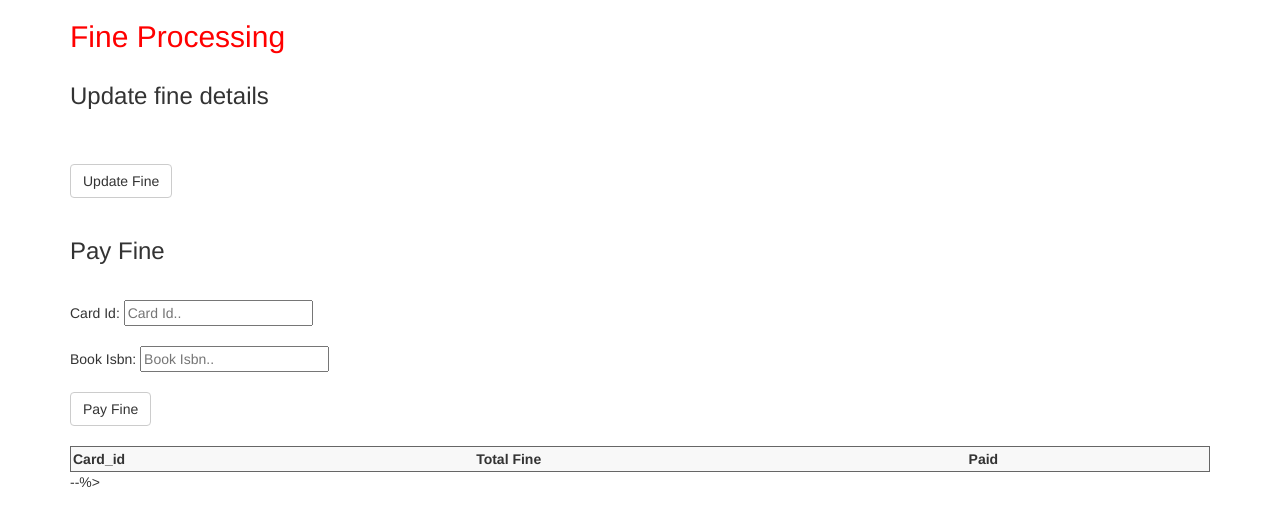
Repository: ApurvaMithal/LibraryManagementSystem
Page: http://localhost/LibraryManagementSystem/Fines.jsp
The author's editor kept a copy of each file at every save. The page is drawn from the files as they stood at one save, then again after the next save.
The browser window is 1280 px wide. The pictures show the whole page.
Some web fonts or font styles are not loaded; a fallback is used. The page is served by Tomcat 9. Nobody is signed in. The application's start-up code is not run. Other server files are loaded and not shown.

Above is the page before, as saved 2018-02-28 08:18:52.

### eclipse/LibraryManagementSystem/WebContent/Fines.jsp
<%@ page language="java" contentType="text/html; charset=ISO-8859-1"
	pageEncoding="ISO-8859-1"%>
    <!DOCTYPE html PUBLIC "-//W3C//DTD HTML 4.01 Transitional//EN" "http://www.w3.org/TR/html4/loose.dtd">
    <html>

    <head>
        <title>Fine Processing</title>
        <link rel="stylesheet" href="css/bootstrap.min.css">
        <link rel="stylesheet" href="https://cdnjs.cloudflare.com/ajax/libs/font-awesome/4.7.0/css/font-awesome.min.css">
        <link href='http://fonts.googleapis.com/css?family=Oxygen' rel='stylesheet' type='text/css'>
        <script src="js/jquery.min.js"></script>
        <script src="js/bootstrap.min.js"></script>

		<style>
            table {
                border: 1px solid #666;
                width: 100%;
            }

            th {
                background: #f8f8f8;
                font-weight: bold;
                padding: 2px;
            }
        </style>

        <script>
            jQuery(window).ready(function() {

                $("#fineUpdateBtn").click(function(event) {

                    jQuery.ajax({
                        url: "FineUpdateServlet",
                        type: "get",
                        dataType: "json",
                        data: {
                        },
                        success: function(data) {
                            // since we are using jQuery, you don't need to parse response

                            if(data[0].flag == 1){
                                alert("Successful update");
                            }

                          //  drawTable(data);
                        }
                    });

                });
                jQuery(window).ready(function() {

                    $("#finePaymentBtn").click(function(event) {

                        var cardID = $('#cardId').val();
                        var isbn = $('#isbn').val();
                        jQuery.ajax({
                            url: "FinePaymentServlet",
                            type: "get",
                            dataType: "json",
                            data: {
                                cardId: cardID,
                                isbn: isbn,

                            },
                            success: function(data) {
                                // since we are using jQuery, you don't need to parse response
                                if(data[0].flag == 1){
                                    alert("Successful Payment");

                                drawTable(data);
                               }
                                else
                                    alert("Cannot pay till book is not checked in");
                            }
                        });

                    });

                    function drawTable(data) {
                    	  $("#bookLoans").find("tr:not(:first)").remove();
                        for (var i = 0; i < data.length; i++) {
                            drawRow(data[i]);
                        }
                    }

                    function drawRow(rowData) {
                        var row = $("<tr />");
                        $("#bookLoans").append(row); //this will append tr element to table... keep its reference for a while since we will add cels into it
                        row.append($("<td>" + rowData.loan_id + "</td>"));
                        row.append($("<td>" + rowData.isbn + "</td>"));
                        row.append($("<td>" + rowData.card_id + "</td>"));
                        row.append($("<td>" + rowData.date_out + "</td>"));
                        row.append($("<td>" + rowData.due_date + "</td>"));

                    }
                });

            });
        </script>



    </head>

    <body>

        <div class="container">
            <h2>
                <font color="red">Fine Processing</font>
            </h2>
            <div class="fineUpdate">
                <label for="fineUpdate"><h3>Update fine details</h3></label></br></br>
             </div>
			</br>
            <button type="Submit" class="btn btn-default" id="fineUpdateBtn">Update Fine</button>
			</br></br>

			<div class="finePayment">
                <label for="finePayment"><h3>Pay Fine</h3></label></br></br>
                Card Id:    <input type="text" id="cardId" placeholder="Card Id.." name="cardId"></br></br>
                Book Isbn:  <input type="text" id="isbn" placeholder="Book Isbn.." name="bookIsbn"></br>

            </div>
			</br>
            <button type="Submit" class="btn btn-default" id="finePaymentBtn">Pay Fine</button>
			</br></br>

            <table id="fineDetails">
            <tr>
                <th>Card_id</th>
                <th>Total Fine</th>
                <th>Paid</th>
            </tr>

         </table>

		--%>
        </div>


    </body>

    </html>

Loaded but not shown: eclipse/LibraryManagementSystem/WebContent/css/bootstrap.min.css (library); eclipse/LibraryManagementSystem/WebContent/js/jquery.min.js (library); eclipse/LibraryManagementSystem/WebContent/js/bootstrap.min.js (library)

After the next save:
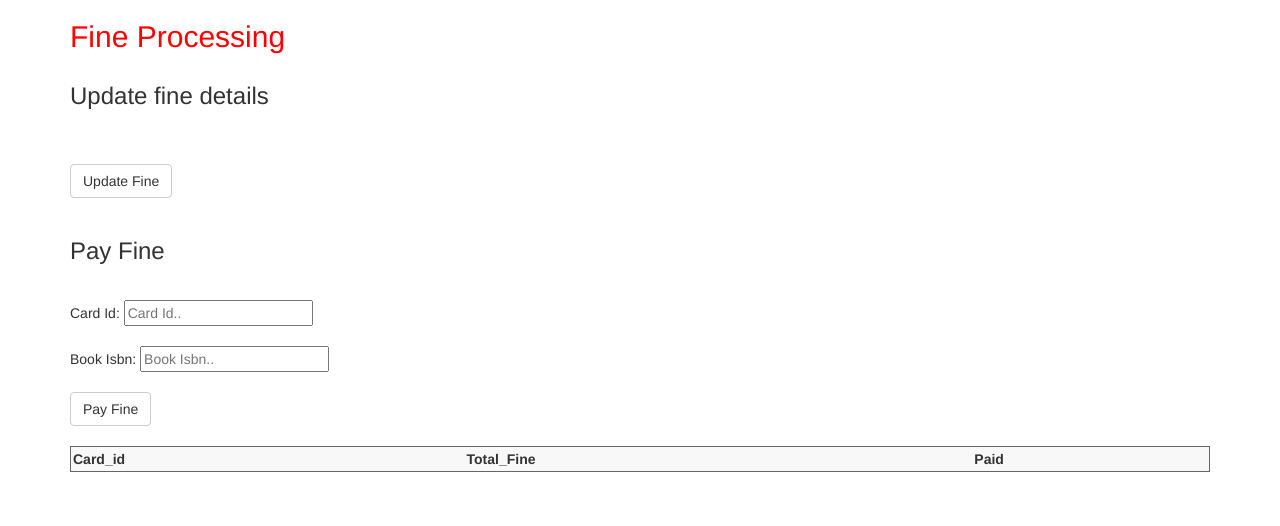
Saved 77 s later.
--- a/eclipse/LibraryManagementSystem/WebContent/Fines.jsp
+++ b/eclipse/LibraryManagementSystem/WebContent/Fines.jsp
@@ -77,7 +77,7 @@
                     });
 
                     function drawTable(data) {
-                    	  $("#bookLoans").find("tr:not(:first)").remove();
+                    	  $("#fineDetails").find("tr:not(:first)").remove();
                         for (var i = 0; i < data.length; i++) {
                             drawRow(data[i]);
                         }
@@ -85,12 +85,10 @@
 
                     function drawRow(rowData) {
                         var row = $("<tr />");
-                        $("#bookLoans").append(row); //this will append tr element to table... keep its reference for a while since we will add cels into it
-                        row.append($("<td>" + rowData.loan_id + "</td>"));
-                        row.append($("<td>" + rowData.isbn + "</td>"));
+                        $("#fineDetails").append(row); //this will append tr element to table... keep its reference for a while since we will add cels into it
                         row.append($("<td>" + rowData.card_id + "</td>"));
-                        row.append($("<td>" + rowData.date_out + "</td>"));
-                        row.append($("<td>" + rowData.due_date + "</td>"));
+                        row.append($("<td>" + rowData.Total_Fine + "</td>"));
+                        row.append($("<td>" + rowData.paid + "</td>"));
 
                     }
                 });
@@ -128,13 +126,12 @@
             <table id="fineDetails">
             <tr>
                 <th>Card_id</th>
-                <th>Total Fine</th>
+                <th>Total_Fine</th>
                 <th>Paid</th>
             </tr>
 
          </table>
 
-		--%>
         </div>
 
 
